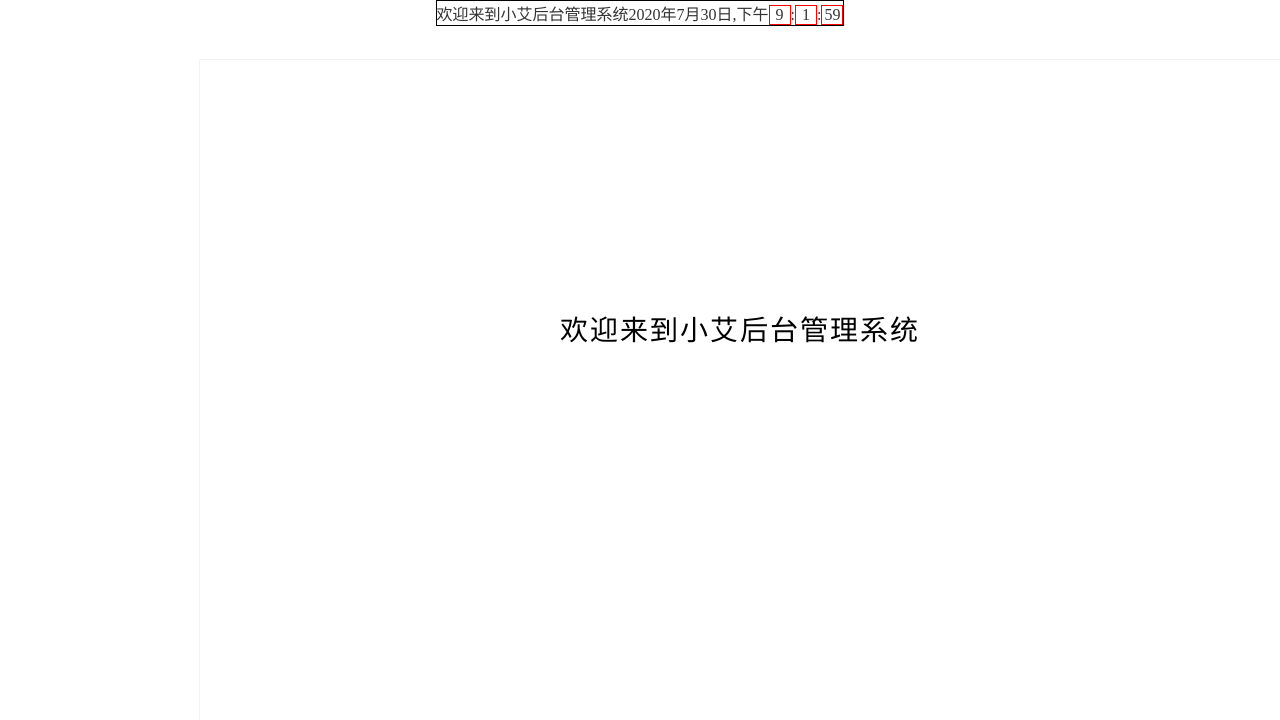
Repository: noob-injoker/router-slots-cw-ee
Page: /
These files come from the project's save history. The page is drawn as it stood at one moment and after the next save; the edit follows.
The browser window is 1280 px wide. The pictures show the whole page.
The page's requests for data from a server got no answer. The project was rebuilt for these pictures with package versions that can differ from the ones it lists, and the page was loaded fresh each time. No one was signed in, and anything a server would have sent is missing. Also part of the build but not shown: vue.config.js.

Above is the page before, as saved 2020-08-30 21:25:04.

### src/main.js
import Vue from 'vue'
import App from './App.vue'
import router from './router'
import store from './store'
import './bus'
import ElementUI from 'element-ui'
import 'element-ui/lib/theme-chalk/index.css'

Vue.use(ElementUI)

Vue.config.productionTip = false

new Vue({
  router,
  store,
  render: h => h(App)
}).$mount('#app')

### src/App.vue
<template>
<div id="app">

  <router-view />

</div>
</template>

<style>
@import './styles/styles.scss';
@import './styles/common.scss';
</style>

### src/router/index.js
import Vue from 'vue'
import VueRouter from 'vue-router'
import Home from '../views/Home.vue'
import Layout from '../views/Layout.vue'

Vue.use(VueRouter)

  const routes = [

    {
      path: '/',
      name: 'Layout',
      component: Layout,
      children: [

        {
          path: '',
          name: 'Home',
          component: Home
        }
        // ,
        // {
        //   path: 'cata',
        //   name: 'cata',
        //   component: () => import('../views/cata.vue')
        // }
      ]

    },
    {
      path:'/Login',
      name:"Login",
      component: () => import('../views/Login.vue'),
      meta:{
        title:'登录'
      }
    },
  // ,
  // {
  //   path: '/about',
  //   name: 'About',
  //   // route level code-splitting
  //   // this generates a separate chunk (about.[hash].js) for this route
  //   // which is lazy-loaded when the route is visited.
  //   component: () => import(/* webpackChunkName: "about" */ '../views/About.vue')
  // }

]

const router = new VueRouter({
  mode: 'history',
  base: process.env.BASE_URL,
  routes
})

export default router

### src/store/index.js
import Vue from 'vue'
import Vuex from 'vuex'
import user from './user/user'

Vue.use(Vuex)

export default new Vuex.Store({
  state: {

  },
  mutations: {

  },
  actions: {

  },
  modules: {
    user
  }
})

### src/bus/index.js
import Vue from 'vue'
const bus = new Vue()
Vue.prototype.$bus = bus

### src/styles/styles.scss
.username .el-form-item__label,.password .el-form-item__label{
    text-align: left;
}
.button-box .el-button--primary{
    width: 160px;
}
.el-menu-box .el-menu{
    border-right: 0px solid white;
}

### src/styles/common.scss
*{
  margin: 0px;
  padding: 0px;
}

.df{
  display: flex;
}
.f-1{
  flex: 1;
}
.j-center{
  display: flex;
  justify-content: center;

}
.j-bettween{
  display: flex;
  justify-content: space-between;

}
.j-around{
  display: flex;
  justify-content: space-around;
}
.j-end{
  display: flex;
  justify-content: flex-end;
}
.a-center{
  align-items: center;
}
.f-column{
  display: flex;
  flex-direction: column;
}
.p-r{
  position: relative;
}
.p-a{
  position: absolute;
}

.r1{
  border: 1px solid red;
}
.y1{
  border: 1px solid yellow;
}
.b1{
  border: 1px solid black;
}

.l-height32{
  line-height: 32px;
}
.w100{

  width: 100%;

}
.t-center{
  text-align: center;

}
.f12{
  font-size: 12px;
}

.w1170{
  width: 1170px;
}
.h100{
  height: 100px;
}
.h70{
  height: 70px;
}
.h436{
  height: 436px;
}
.h350{
  height: 350px;
}
.w1070{
  width: 1070px;
}
.h1590{
  height: 1590px;
}
.h726{
  height: 726px;
}
.w1054{
  width: 1054px;
}
.h160{
  height: 160px;
}
.w732{
  width: 732px;
}
.b2{
  border: 2px solid black;
}
.h434{
  height: 434px;

}
.h600{
  height: 600px;
}
.w1078{
  width: 1078px;
}
.h362{
  height: 362px;
}
.fs16{
  font-size: 16px;
}
.w652{
  width: 652px;

}
.h82{
  height: 82px;
}
.w1064{
  width: 1064px;
}
.h352{
  height: 352px;
}
.w286{
  width: 286px;
}
.h22{
  height: 22px;
}
.w290{
  width: 290px;
}
.h330{
  height: 330px;
}
.mt40{
  margin-top: 40px;
}
.h724{
  height: 724px;
}
.h630{
  height: 630px;

}
.w1058{
  width: 1058px;
}
.h160{
  height: 160px;
}
.w290{
  width: 290px;
}
.w738{
  width: 738px;
}
.w1170{
  width: 1170;
}
.h468{
  height: 468px;
}
.mt20{
  margin-top: 20px;
}
.h318{
  height: 318px;
}
.w652{
  width: 652px;
}
.w370{
  width: 370px;
}
.h314{
  height: 314px;
}
.g1{
  border: 1px solid gray;
}
.w146{
  width: 146px;
}
.box_content3_pic img{
  width: 100%;
  height: 100%;
}
.w488{
  width: 488px;
}
.h420{
  height: 420px;
}
.h234{
  height: 234px;
}
.w950{
  width: 950px;
}
.h68{
  height: 68px;
}
.w124{
  width: 124px;
}
.h50{
  height: 50px;
}
.w190{
  width: 190px;
}
.h44{
  height: 44px;
}
.w184{
  width: 184px;
}
.h32{
  height: 32px;
}
.h400{
  height: 400px;
}
.w1200{
  width: 1200px;
}
.w950{
  width: 950px;

}
.h630{
  height: 630px;
}
.h188{
  height: 188px;
}
.h380{
  height: 380px;
}
.h335{
  height: 335px;
}
.h138{
  height: 138px;
}
.w238{
  width: 238px;
}
.h668{
  height: 668px;
}
.h446{
  height: 446px;
}
.w460{
  width: 460px;
}
.w140{
  width: 140px;
}
.h140{
  height: 140px;
}
.w320{
  width: 320px;
}
.w950{
  width: 950px;

}
.h498{
  height: 498px;
}
.h100{
  height: 100px;
}
.h398{
  height: 398px;
}
.mb10{
  margin-bottom: 10px;
}
.w358{
  width: 358px;
}
.w440{
  width: 440px;
}
.w119{
  width: 119px;
}
.h30{
  height: 30px;
}
.w59{
  width: 59px;
}
.h88{
  height: 88px;
}
.w1000{
  width: 1000px;
}
.height{
  height: 460px;
}
.w120{
  width: 120px;
}
.h70{
  height: 70px;
}
.fs12{
  font-size: 12px;
}
.fs14{
  font-size: 14px;
}
.h509{
  height: 509px;
}
.w644{
  width: 644px;
}
.w274{
  width: 274px;
}
.w162{
  width: 274px;
}
.h104{
  height: 104px;
}
.w450{
  width: 450px;
}
.w162{
  width: 162px;
}
.h38{
  height: 38px;
}
.h40{
  height: 40px;
}
.w276{
  width: 276px;
}
.h320{
  height: 320px;
}
.w274{
  width: 274px;

}
.h76{
  height: 76px;
}
.h84{
  height: 84px;
}
.h140{
  height: 140px;
}
.h72{
  height: 72px;
}
.h80{
  height: 80px;
}
.h140{
  height: 140px;
}
.w98{
  width: 98px;
}
.w172{
  width: 172px;
}
.h310{
  height: 310px;
}
.h150{
  height: 150px;
}
.h40{
  height: 40px;
}
.pr{
  position: relative;
}
.pa{
  position: absolute;
}
.h176{
  height: 176px;
}
.w920{
  width: 920px;
}
.h122{
  height: 122px;
}
.h145{
  height: 145px;
}
.h108{
  height: 108px;
}
.h48{
  height: 48px;
}
.w612{
  width: 612px;
}
.h36{
  height: 36px;
}
.w322{
  width: 322px;
}
.w1002{
  width: 1002px;
}
.h98{
  height: 98px;
}
.h44{
  height: 44px;
}

.h328{
  height: 328px;
}
.w670{
  width: 670px;
}
.w258{
  width: 258px;
}
.h368{
  height: 368px;
}
.h308{
  height: 308px;
}
.w332{
  width: 332px;
}
.h590{
  height: 590px;
}
.h466{
  height: 466px;
}
.w242{
  width: 242px;
}
.w732{
  width: 732px;
}
.h42{
  height: 42px;
}
.w420{
  width: 420px;
}
.w270{
  width: 270px;
}
.w730{
  width: 730px;
}
.h150{
  height: 150px;
}
.w270{
  width: 270px;
}
.h120{
  height: 120px;
}
.w420{
  width: 420px;
}

.h150{
  height: 150px;
}
.w244{
  width: 244px;

}
.h276{
  height: 276px;
}
.h42{
  height: 42px;
}
.h490{
  height: 490px;
}
.f1{
  flex: 1;
}
.f5{
  flex: 5;
}
.h64{
  height: 64px;
}
.m-l-20{
  margin-left: 20px;
}
.p-l-8{

  padding-left: 8px;
}
.cw{
  color: white;
}
.bg_blue{
  background: rgb(87, 87, 128);
}
.p10{
  padding:10px;
}
.m-t-40{
  margin-top: 40px;
}
.m-t-10{
  margin-top: 10px;
}
.wb20{
  width: 20%;
}
.wb24{
  width: 24%;
}
.hb30{
  height: 30%;
}
.h60{
  height: 60px;
}
.fs22{
  font-size: 40px;
}
.h50{
  height: 50px;
}
.w200{
  width: 200px;
}
.m-t-10{
  margin-top: 10px;
}
.fw7{
  font-weight: 700;
}
.w200{
  width: 200px;
}
.h200{
  height: 200px;
}
.h602{
  height: 602px;
}
.h608{
  height: 607px;
}
.m-l-r-20{
  margin-left: 20px;
  margin-right: 20px;
}
.bgwhite{
  background: white;
}
.fixed{
  position: fixed;
}
.m-l-r-15{
  margin-left: 15px;
  margin-right: 15px;
}
.m-l-10{
  margin-left: 10px;
}
.m-t-15{
  margin-top:15px
}
.h40{
  height: 40px;
}
.bgw{
  background: white;
}
.h30{
  height: 30px;
}
.wb100{
  width: 100%;
}
.w300{
  width: 400px;
}
.h40{
  height: 40px;
}
.m-b-20{
  margin-bottom: 20px;
}
.m-t-20{
  margin-top: 20px;
}
.m-r-30{
  margin-right:30px;
}
.ccc{
  display: flex;
  align-items: center;
  justify-content: center;
}
.w00{
  width: 100%;

}
.h00{
  height: 100%;
}
.bgBlue{
  background: blue;
}
.bgBlack{
  background: black;
}
.bgGreen{
  background: green;
}
.w00{
  width: 100%;
}
.h00{
  height: 100%;
}

### src/views/Home.vue
<template>
<div class="w00 h00">

  <div class="text-box  ccc">欢迎来到小艾后台管理系统</div>

</div>
</template>

<script>
export default {
  name: "",
  props: {},
  components: {},
  data() {
    return {};
  },
  methods: {

  },
  mounted() {

  },
  watch: {},
  computed: {

  },
};
</script>

<style lang="scss" scoped>
.text-box {

 height: 80%;
  font-size: 28px;
  letter-spacing: 2px;


}
</style>

### src/views/Layout.vue
<template>
<div class=" container ">
  <el-container class="">

    <el-header>
      <div class="ccc">
        <headerNav></headerNav>
      </div>
    </el-header>

    <el-container class="">

      <el-aside width="200px">
        <div class="">
          <asideNav></asideNav>
        </div>
      </el-aside>

      <el-main class="main-box ">

        <div class=" h00">
          <router-view></router-view>
        </div>

      </el-main>

    </el-container>

  </el-container>
</div>
</template>

<script>
import asideNav from "../components/nav/asideNav";
import headerNav from "../components/nav/headerNav";
export default {
  name: "Layout",
  props: {},
  components: {
    asideNav,
    headerNav,
  },
  data() {
    return {};
  },
  methods: {},
  mounted() {},
  watch: {},
  computed: {},
};
</script>

<style lang="scss" scoped>
.main-box{

  height: calc(100vh - 60px);
}

.el-header {
  background-color: white;
  color: #333;

  border-bottom: 1px solid #f0f2f5;
  position: fixed;
  top: 0;
  left: 0;
  right: 0;
}

.el-aside {
  border-right: 1px solid #f0f2f5;
  background-color: white;
  line-height: 200px;
  border-top: 1px solid white;
  position: fixed;
  top: 59px;
  left: 0;
  bottom: 0;
}

.el-main {

  background-color: white;

  margin-left: 200px;
  margin-top: 60px;

}
</style>

### src/store/user/user.js
import api from '../../http/api'
import router from '../../router'
import { Message } from 'element-ui'

export default {
  // 开启命名空间 这个文件就是单独的一个vuex的模块
  namespaced: true,
  state: {
    menus: []
  },
  mutations: {
    setMenus(state, data) {
      state.menus = data
    }
  },
  actions: {
    // 所有的请求都写在actions里面
    // action里面的方法可以传两个参数 第一个参数是整个store(vuex对象) 第二个参数是请求的参数
    async getMenus({ commit }) {
      let res = await api.getMenus()


      if (res.meta.status === 200) {
        let obj = {
          authName: "首页",
          path:""
        }
        res.data.unshift(obj)
        // 提交mutation
        commit('setMenus', res.data);

        console.log(res.data);

      }
    },
    // async getMenus({commit}){
    //   let res = await api.getMenus()
    // },
    async login({ commit }, { username, password }) {
      console.log(commit);
      let res = await api.login({
        username,
        password
      })
      if (res.meta.status === 200) {
        // 存储信息
        localStorage.setItem('adminToken', res.data.token)
        localStorage.setItem('adminUser', JSON.stringify(res.data))
        // 跳转路由
        router.push('')
        // 提示用户
        Message.success('登录成功')
      } else {
        Message.error(res.meta.msg)
      }
    }

  },
}

### src/components/nav/asideNav.vue
<template>
<div>
  <el-row class="tac">
    <el-col>
      <div class="el-menu-box">

        <el-menu unique-opened router default-active="2" class="el-menu-vertical-demo">

          <template v-for="(item,index) in menus">

            <el-menu-item :index="item.path" :key="item.path" v-if="index===0">
              <i :class="iconList[index].icon"></i>
              <span slot="title">{{item.authName}}</span>
            </el-menu-item>

            <el-submenu :index="item.path" :key="item.path" v-else>

              <template slot="title">
                <i :class="iconList[index].icon"></i>
                <span>{{item.authName}}</span>
              </template>

              <el-menu-item-group>

                <el-menu-item :index="item1.path" v-for="(item1,index2) in item.children" :key="item1.path">
                  <i :class="iconList[index].childIconList[index2].childIconListIcon"></i>
                  <span slot="title">{{item1.authName}}{{index2}}</span>
                </el-menu-item>

              </el-menu-item-group>

            </el-submenu>

          </template>

        </el-menu>

      </div>
    </el-col>
  </el-row>
</div>
</template>

<script>
import {
  createNamespacedHelpers
} from "vuex";
const userModule = createNamespacedHelpers("user");
const {
  mapState: userState,
  mapActions: userActions
} = userModule;
export default {
  name: "",
  props: {},
  components: {},
  data() {
    return {

      iconList: [{
          icon: 'el-icon-s-home',
          childIconList: [{
            childIconListIcon: ''
          }]
        },
        {
          icon: 'el-icon-user',
          childIconList: [{
            childIconListIcon: 'el-icon-folder-opened'
          }]
        },
        {
          icon: 'el-icon-folder',
          childIconList: [{
              childIconListIcon: 'el-icon-setting'
            },
            {
              childIconListIcon: 'el-icon-c-scale-to-original'
            },

          ]
        },
        {
          icon: 'el-icon-goods',
          childIconList: [{
              childIconListIcon: 'el-icon-help'
            },
            {
              childIconListIcon: 'el-icon-bell'
            },
            {
              childIconListIcon: 'el-icon-date'
            },
          ]
        },
        {
          icon: 'el-icon-s-order',
          childIconList: [{
            childIconListIcon: 'el-icon-folder-add'
          }]
        },
        {
          icon: 'el-icon-message',
          childIconList: [{
            childIconListIcon: 'el-icon-position'
          }]
        }
      ]

    };
  },
  methods: {
    ...userActions(["getMenus"]),
  },
  mounted() {
    this.getMenus();
  },
  watch: {},
  computed: {
    ...userState(["menus"]),
  },
};
</script>

<style scoped lang='scss'>
</style>

### src/components/nav/headerNav.vue
<template>
<div class="df b1 j-around a-center">
  <div>欢迎来到小艾后台管理系统</div>
  <div>
    <div v-if="date">{{year}}年{{month}}月{{day}}日,下午<span>{{hours}}</span>:<span>{{minuts}}</span>:<span>{{secondes}}</span></div>
  </div>
</div>
</template>

<script>
export default {
  name: '',
  props: {},
  components: {

  },
  data() {
    return {
      time: "",
      date: null,

    }
  },
  methods: {
    getDate() {

      setInterval(() => {
        this.date = new Date();
        this.year = this.date.getFullYear();
        this.month = this.date.getMonth();
        this.day = this.date.getDate();
        this.hours = this.date.getHours() * 1; //获取当前小时数(0-23)
        if (this.hours < 12) {
          this.hours = this.hours * 1
        } else {
          this.hours = this.hours - 12
        }
        this.secondes = this.date.getSeconds();
        this.minuts = this.date.getMinutes(); //获取当前分钟数(0-59)
        // this.time = `${year}年${month}月${day}日,下午${hours}:${minuts}:${secondes}`
      }, 1000);

    }

  },
  mounted() {
    this.getDate()

  },
  watch: {

  },
  computed: {

  }
}
</script>

<style scoped lang='scss'>
span{
  text-align: center;
  display: inline-block;
  width: 20px;
  border: 1px solid red;
}
</style>

### src/http/api.js
import service from './index'

export default {
  login({username, password}) {
    return service.post('/login', {
      username,
      password
    })
  },
  getMenus() {
    return service.get('menus')
  }
}

### src/http/index.js
import axios from 'axios'
import nprogress from 'nprogress'
import {Message} from 'element-ui'


// 运行环境: 本地环境:devlpment 和线上(生产)环境: production
const isPro = process.env.NODE_ENV === 'production'

// 创建一个axios的实例
const service = axios.create({
  // 基础路径: 需要根据当前的运行环境来判断
  baseURL: isPro ? '线上的接口路径' : '/api',
  // 超时时间
  timeout: 100000
})


// 请求拦截: 每一次发请求都会做的事情
service.interceptors.request.use((config) => {
  nprogress.start()
  // 前后端鉴权
  // jwt: JSON WEB TOKEN
  // 登录成功之后 后端会返回一个令牌
  let token = localStorage.getItem('adminToken')
  if (token) {
    // 需要在请求头当中添加token
    config.headers['Authorization'] = token
  }
  return config
}, err => {
  nprogress.done()
  return Promise.reject(err)
})


// 响应拦截: 每一次接口返回数据的时候都会做的事情
service.interceptors.response.use((res) => {
  nprogress.done()
  return res.data
}, err => {
  if (err.response && err.response.status) {
    // 错误请求的状态码
    let status = err.response.status
    if (status === 400) {
      Message.error('参数错误')
    }
    if (status === 401) {
      Message.error('登录过期,请重新登录')
    }
    if (status === 403) {
      Message.error('没有权限')
    }
    if (status === 404) {
      Message.error('接口路径错误')
    }
    if (status === 500) {
      Message.error('服务器出错')
    }
    if (status === 503) {
      Message.error('服务器在维护')
    }
  }
  return Promise.reject(err)
})


export default service

Loaded but not shown: public/index.html (common file)

After the next save:
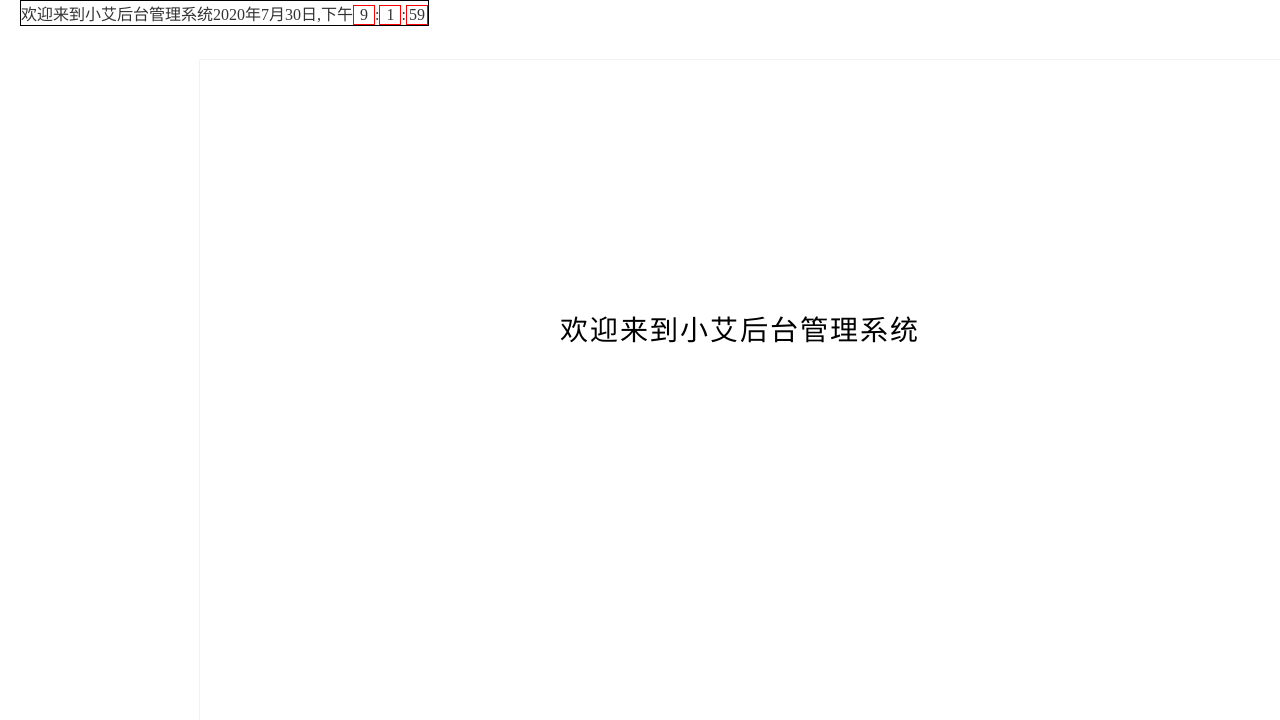
Saved 27 s later.
--- a/src/views/Layout.vue
+++ b/src/views/Layout.vue
@@ -3,8 +3,8 @@
   <el-container class="">
 
     <el-header>
-      <div class="ccc">
-        <headerNav></headerNav>
+      <div class="df ">
+       <div> <headerNav></headerNav></div>
       </div>
     </el-header>
 
